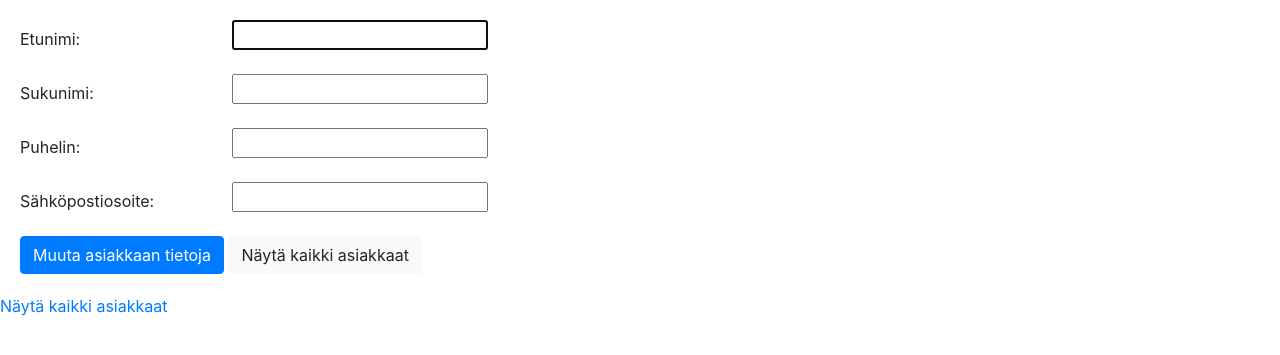
Repository: sarastu5/javaohjelmointi
Page: http://localhost/AsiakkaatWeb/muutaasiakas.jsp
These files come from the project's save history. The page is drawn as it stood at one moment and after the next save; the edit follows.
The browser window is 1280 px wide. The pictures show the whole page.
Some web libraries are served in a nearby version. The page is served by Tomcat 9. The session is filled in as if someone had signed in: {"kayttaja": 1}. Other server files are loaded and not shown.

Above is the page before, as saved 2018-05-04 19:05:29.

### Java EE/AsiakkaatWeb/WebContent/muutaasiakas.jsp
<%@include file="onkokirjauduttu.jsp" %>
<%@ page language="java" contentType="text/html; charset=ISO-8859-1"
    pageEncoding="ISO-8859-1"%>
<!DOCTYPE html PUBLIC "-//W3C//DTD HTML 4.01 Transitional//EN" "http://www.w3.org/TR/html4/loose.dtd">
<html>
<head>
<meta http-equiv="Content-Type" content="text/html; charset=ISO-8859-1">
<script src="https://ajax.googleapis.com/ajax/libs/jquery/3.1.1/jquery.min.js"></script>
<link rel="stylesheet" type="text/css" href="main.css">
<link rel="stylesheet" href="https://stackpath.bootstrapcdn.com/bootstrap/4.1.0/css/bootstrap.min.css" integrity="sha384-9gVQ4dYFwwWSjIDZnLEWnxCjeSWFphJiwGPXr1jddIhOegiu1FwO5qRGvFXOdJZ4" crossorigin="anonymous">
<title>Asiakkaiden tietojen muutos</title>
</head>

<%
String id = "";
if(request.getParameter("id") != null) {
	id = request.getParameter("id");
}

String etunimi = "";
if(request.getParameter("etunimi") != null) {
	etunimi = request.getParameter("etunimi");
}
String sukunimi = "";
if(request.getParameter("sukunimi") != null) {
	sukunimi = request.getParameter("sukunimi");
}
String puhelin = "";
if(request.getParameter("puhelin")!= null) {
	puhelin = request.getParameter("puhelin");
}

String sposti = "";
if(request.getParameter("sposti")!= null){
	sposti = request.getParameter("sposti");
}
%>

<body>
	<div class="lomake">
		<form action="MuutaAsiakas" method="post">
			<div class="form-group row">
			   	<label for="etunimi" class="col-sm-2 col-form-label">Etunimi:</label>
			   	<div class="col-sm-6">
			    	<input type="text" name="etunimi" id=etunimi value="<%=etunimi%>">
			    </div>
		  	</div>
		  	<div class="form-group row">
			   	<label for="sukunimi" class="col-sm-2 col-form-label">Sukunimi:</label>
			    <div class="col-sm-6">
			      	<input type="text" name="sukunimi" id="sukunimi" value="<%=sukunimi%>">
			    </div>
		  	</div>
		  	<div class="form-group row">
			   	<label for="puhelin" class="col-sm-2 col-form-label">Puhelin:</label>
			    <div class="col-sm-6">
			      	<input type="text" name="puhelin" id="puhelin" value="<%=puhelin%>">
			    </div>
		  	</div>
		  	<div class="form-group row">
			   	<label for="sposti" class="col-sm-2 col-form-label">Sähköpostiosoite:</label>
			    <div class="col-sm-6">
			      	<input type="text" name="sposti" id="sposti" value="<%=sposti%>">
			    </div>
		  	</div>
		  	<button type="submit" class="btn btn-primary" value="lisää">Muuta asiakkaan tietoja</button>
		  	<a href="haeasiakkaat.jsp"><button type="button" class="btn btn-light">Näytä kaikki asiakkaat</button></a>
			</form>
		</div>
		<!--
		<table border="1">
			<tr>
				<td align="right">Etunimi:</td>
				<td><input type="text" name="etunimi" id=etunimi value="<%=etunimi%>"></td>
			</tr>
			<tr>
				<td align="right">Sukunimi:</td>
				<td><input type="text" name="sukunimi" id="sukunimi" value="<%=sukunimi%>"></td>
			</tr>
			<tr>
				<td align="right">Puhelin:</td>
				<td><input type="text" name="puhelin" id="puhelin" value="<%=puhelin%>"></td>
			</tr>
			<tr>
				<td align="right">Sähköposti:</td>
				<td><input type="text" name="sposti" id="sposti" value="<%=sposti%>"></td>
			</tr>
			<tr>
				<td colspan="2"><input type="submit" value="Muuta"></td>
			</tr>
		</table>
		<input type="hidden" name="id" value="<%=id%>">
	</form>
	-->

	<script>
		$(document).ready(function(){
			$("#etunimi").focus();
	    $("#kaikki").click(function(){
	    	window.location.href = 'haeasiakkaat.jsp';
	    });
		});
	</script>

	<a href="haeasiakkaat.jsp">Näytä kaikki asiakkaat</a>

	<script src="https://code.jquery.com/jquery-3.3.1.slim.min.js" integrity="sha384-q8i/X+965DzO0rT7abK41JStQIAqVgRVzpbzo5smXKp4YfRvH+8abtTE1Pi6jizo" crossorigin="anonymous"></script>
	<script src="https://cdnjs.cloudflare.com/ajax/libs/popper.js/1.14.0/umd/popper.min.js" integrity="sha384-cs/chFZiN24E4KMATLdqdvsezGxaGsi4hLGOzlXwp5UZB1LY//20VyM2taTB4QvJ" crossorigin="anonymous"></script>
	<script src="https://stackpath.bootstrapcdn.com/bootstrap/4.1.0/js/bootstrap.min.js" integrity="sha384-uefMccjFJAIv6A+rW+L4AHf99KvxDjWSu1z9VI8SKNVmz4sk7buKt/6v9KI65qnm" crossorigin="anonymous"></script>
</body>
</html>

### Java EE/AsiakkaatWeb/WebContent/onkokirjauduttu.jsp
<%
if (session.getAttribute("kayttaja")==null) {
	response.sendRedirect("index.jsp");
	return;
}
%>

### Java EE/AsiakkaatWeb/WebContent/main.css
td.otsikko {
	font-weight: bold;
}

.lomake {
	padding: 20px;
}

After the next save:
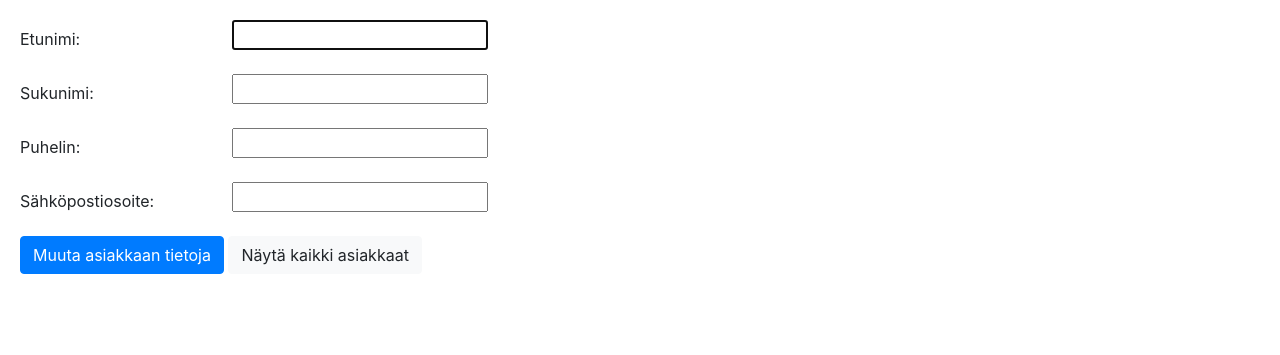
Saved 31 s later.
--- a/Java EE/AsiakkaatWeb/WebContent/muutaasiakas.jsp
+++ b/Java EE/AsiakkaatWeb/WebContent/muutaasiakas.jsp
@@ -102,8 +102,6 @@ if(request.getParameter("sposti")!= null){
 		});
 	</script>
 
-	<a href="haeasiakkaat.jsp">Näytä kaikki asiakkaat</a>
-
 	<script src="https://code.jquery.com/jquery-3.3.1.slim.min.js" integrity="sha384-q8i/X+965DzO0rT7abK41JStQIAqVgRVzpbzo5smXKp4YfRvH+8abtTE1Pi6jizo" crossorigin="anonymous"></script>
 	<script src="https://cdnjs.cloudflare.com/ajax/libs/popper.js/1.14.0/umd/popper.min.js" integrity="sha384-cs/chFZiN24E4KMATLdqdvsezGxaGsi4hLGOzlXwp5UZB1LY//20VyM2taTB4QvJ" crossorigin="anonymous"></script>
 	<script src="https://stackpath.bootstrapcdn.com/bootstrap/4.1.0/js/bootstrap.min.js" integrity="sha384-uefMccjFJAIv6A+rW+L4AHf99KvxDjWSu1z9VI8SKNVmz4sk7buKt/6v9KI65qnm" crossorigin="anonymous"></script>
